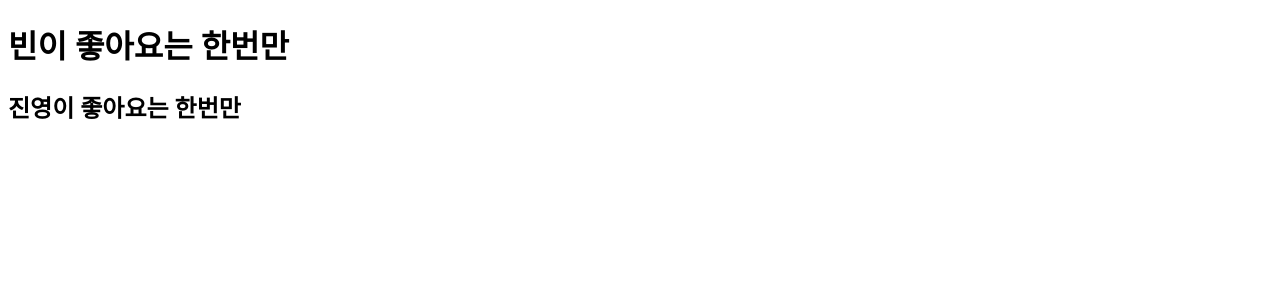
Repository: YERIN0531/SEOYERIN_WEBPRO
Page: gitSource/07_jQuery/jq01/WebContent/10_one.html
The author's editor kept a copy of each file at every save. The page is drawn from the files as they stood at one save, then again after the next save.
The browser window is 1280 px wide. The pictures show the whole page.

Above is the page before, as saved 2022-06-21 05:05:47.

After the next save:
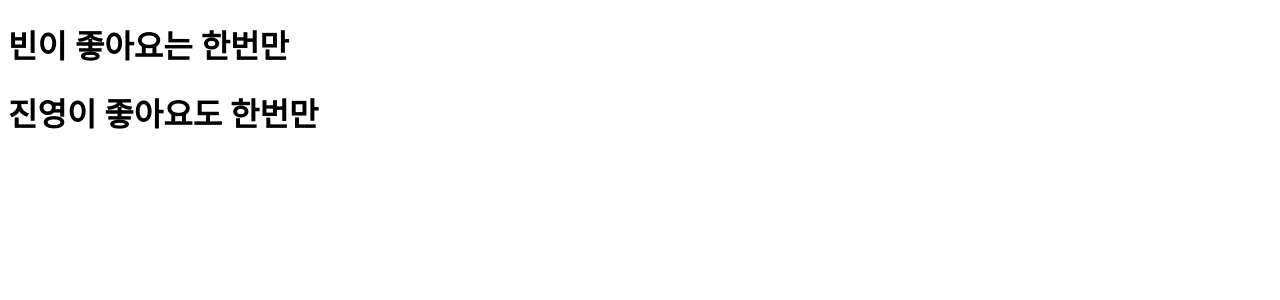
Saved 35 s later.
--- a/gitSource/07_jQuery/jq01/WebContent/10_one.html
+++ b/gitSource/07_jQuery/jq01/WebContent/10_one.html
@@ -16,6 +16,6 @@
 </head>
 <body>
 <h1>빈이 좋아요는 한번만</h1>
-<h2>진영이 좋아요는 한번만</h2>
+<h1>진영이 좋아요도 한번만</h1>
 </body>
 </html>
